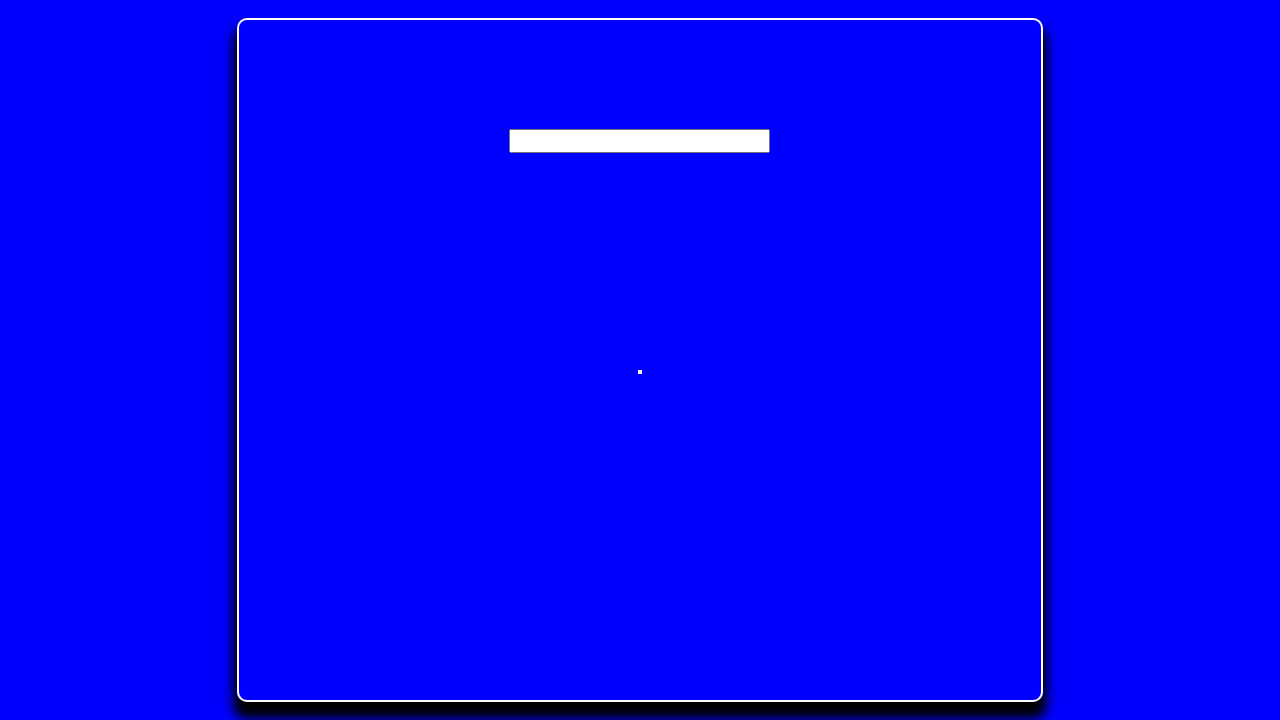
Repository: NarekTovmasyan/promise
Page: inex.html
These files come from the project's save history. The page is drawn as it stood at one moment and after the next save; the edit follows.
The browser window is 1280 px wide. The pictures show the whole page.

Above is the page before, as saved 2022-02-21 20:17:24.
Not found: Caesar-Materica-Ocra-Grip-225x453-cm-AFU6-Casa39.jpg

### inex.html
<!DOCTYPE html>
<html lang="en">

<head>
    <meta charset="UTF-8">
    <meta http-equiv="X-UA-Compatible" content="IE=edge">
    <meta name="viewport" content="width=device-width, initial-scale=1.0">
    <title>Document</title>
    <link rel="stylesheet" href="./style.css">
</head>

<body>
    <div class="body">
        <div class="conteiner">
            <div class="main">
                <input type="number">
                <button></button>
                <div></div>
            </div>
        </div>
    </div>
    <script src="./script.js"></script>
</body>

</html>

### style.css
@import url('https://fonts.googleapis.com/css2?family=Poppins:wght@200;300;400;500;600;700&display=swap');
* {
    margin: 0;
    padding: 0;
    box-sizing: border-box;
    font-family: 'Poppins', sans-serif;
}

.body {
    background-color: blue;
    position: absolute;
    width: 100%;
    height: 100%;
    display: flex;
    align-items: center;
    justify-content: center;
}

.conteiner {
    background-image: url("./Caesar-Materica-Ocra-Grip-225x453-cm-AFU6-Casa39.jpg");
    position: relative;
    width: 70%;
    height: 100%;
    display: flex;
    align-items: center;
    justify-content: center;
}

.main {
    background-image: url("./Caesar-Materica-Ocra-Grip-225x453-cm-AFU6-Casa39.jpg");
    position: relative;
    width: 90%;
    height: 95%;
    display: flex;
    align-items: center;
    justify-content: center;
    flex-direction: column;
    border: 2px solid white;
    border-radius: 10px;
    box-shadow: 0px 13px 12px 4px;
    display: flex;
    flex-direction: column;
    justify-content: space-around;
}

### script.js
// const myBirthday = (isSick) => {
//     return new Promise(function (resolve, reject) {
//       if (!isSick) {
//         setTimeout(() => resolve(2), 2000);
//       } else {
//         reject("I dont have cake :разочарование_облегчение:");
//       }
//     });
//   };
//   const handleCake = async () => {
//     try {
//       let result = await myBirthday(true); // result = 2
//       console.log(`I have ${result} cakes :день_рождения:`);
//     } catch (err) {
//       console.log(err);
//     } finally {
//       console.log("Party");
//     }
//   };
//   handleCake();



// myBirthday(true)
//   .then((result) => console.log(`I have ${result} cakes :день_рождения:`))
//   .catch((err) => console.log(err))
//   .finally(() => console.log("Party"));


// let number = 5;

// function compare(argument) {
//     return new Promise(function(resolve, reject) {
//         if (number > argument) {
//             resolve(number)
//         } else {
//             reject(new Error("oops"))
//         }
//     })
// };
// compare(6).then(function(number) {
//     console.log(number);
// }).catch(function(error) {
//     console.log(error);
// }).finally(() => {
//     console.log("barlus");
// })

After the next save:
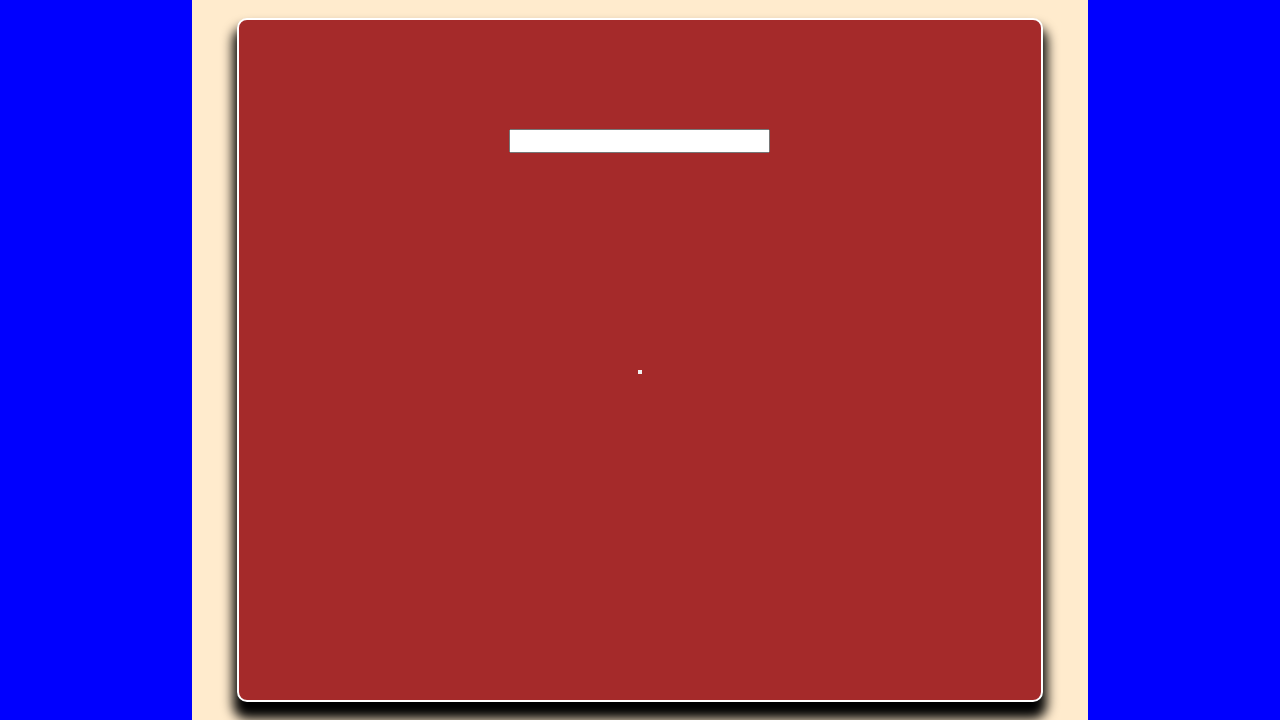
Saved 35 s later.
--- a/style.css
+++ b/style.css
@@ -17,7 +17,7 @@
 }
 
 .conteiner {
-    background-image: url("./Caesar-Materica-Ocra-Grip-225x453-cm-AFU6-Casa39.jpg");
+    background-color: blanchedalmond;
     position: relative;
     width: 70%;
     height: 100%;
@@ -27,7 +27,7 @@
 }
 
 .main {
-    background-image: url("./Caesar-Materica-Ocra-Grip-225x453-cm-AFU6-Casa39.jpg");
+    background-color: brown;
     position: relative;
     width: 90%;
     height: 95%;
